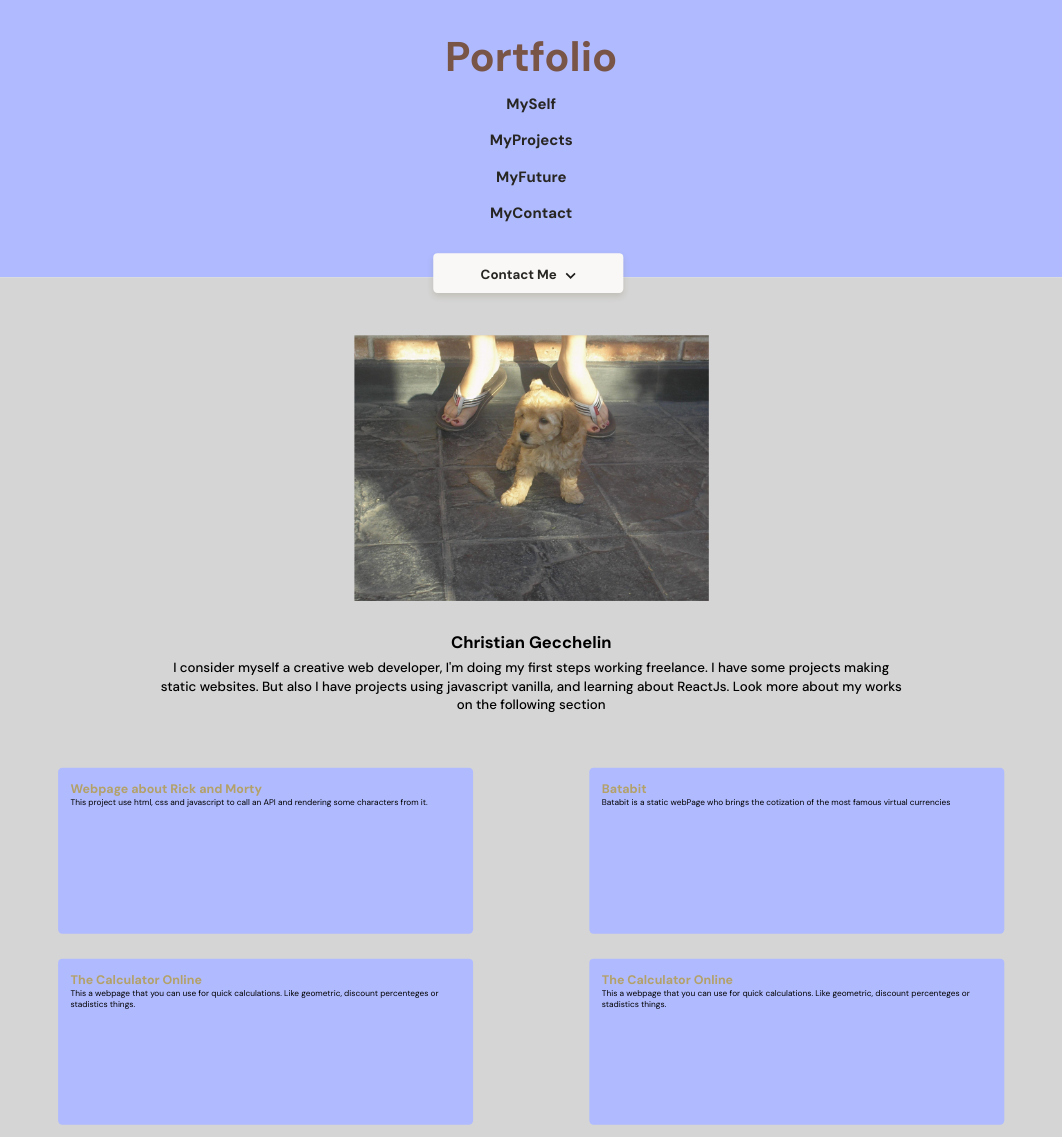
Repository: ChristianGecchelin/PortfolioOnline
Page: index.html
The author's editor kept a copy of each file at every save. The page is drawn from the files as they stood at one save, then again after the next save.
The browser window is 1280 px wide. The pictures show the whole page, at 83% of full size.

Above is the page before, as saved 2022-01-10 11:15:21.

After the next save:
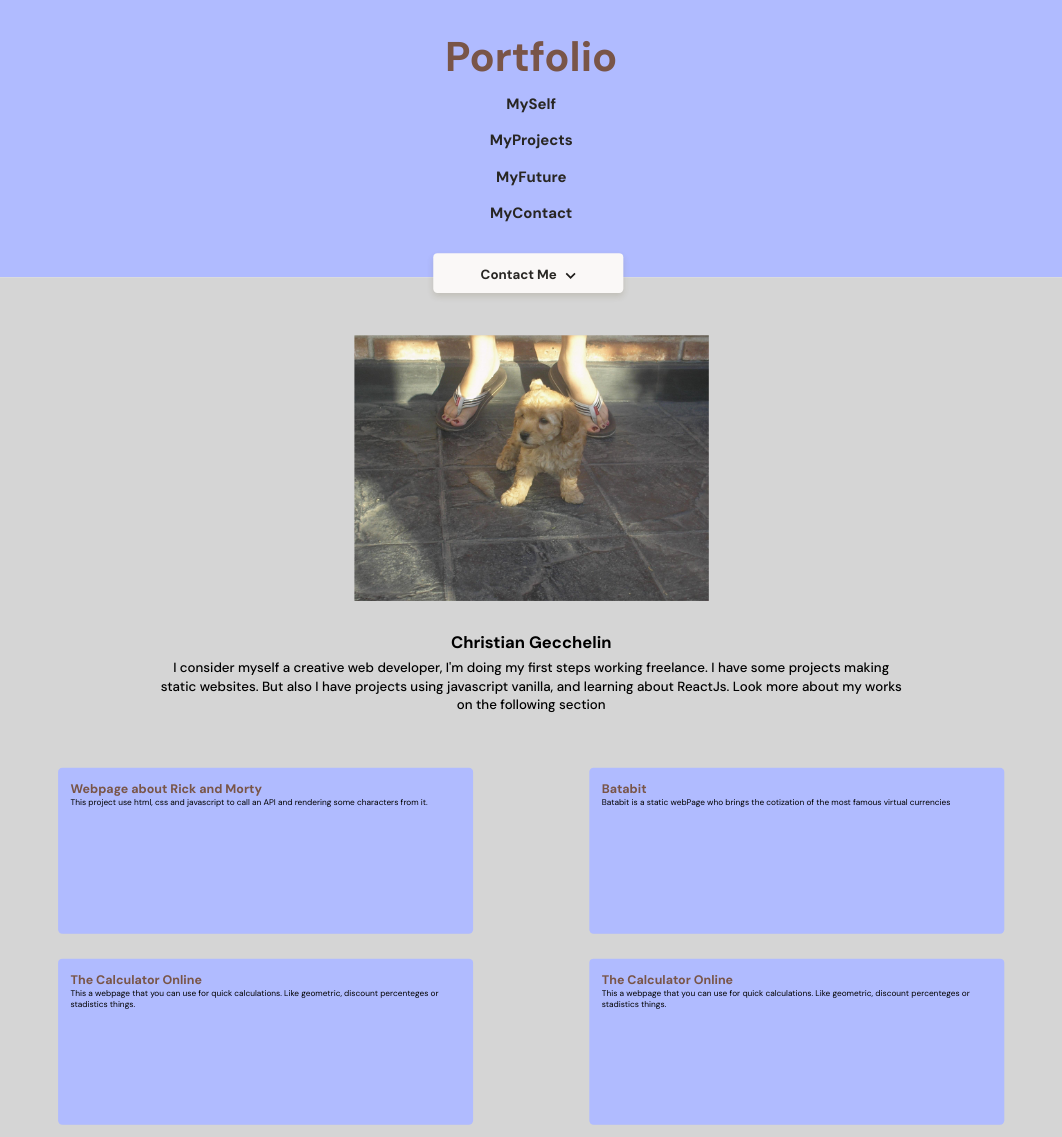
Saved 10 s later.
--- a/styles/styles.css
+++ b/styles/styles.css
@@ -152,5 +152,5 @@ main .principalContainer-mySelf {
 .principalContainer-myProject .rickAndMortyCharacters h2,
 .principalContainer-myProject .batabit h2,
 .principalContainer-myProject .calculatorProject h2 {
-  color: var(--almost-brown);
+  color: var(--dark-brown);
 }
